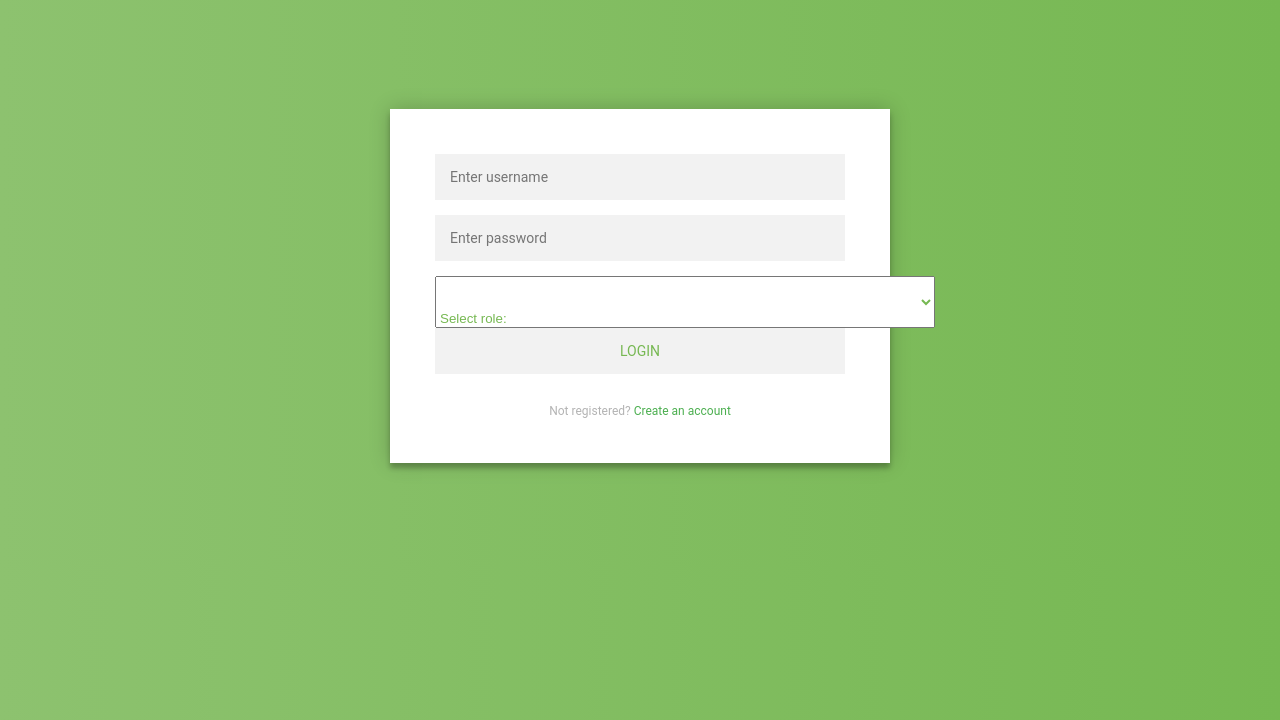
Repository: satishkumarms/WorkSpace
Page: MyWebDemos/WebContent/LoginPage.html
The author's editor kept a copy of each file at every save. The page is drawn from the files as they stood at one save, then again after the next save.
The browser window is 1280 px wide. The pictures show the whole page.

Above is the page before, as saved 2018-07-18 06:58:08.

After the next save:
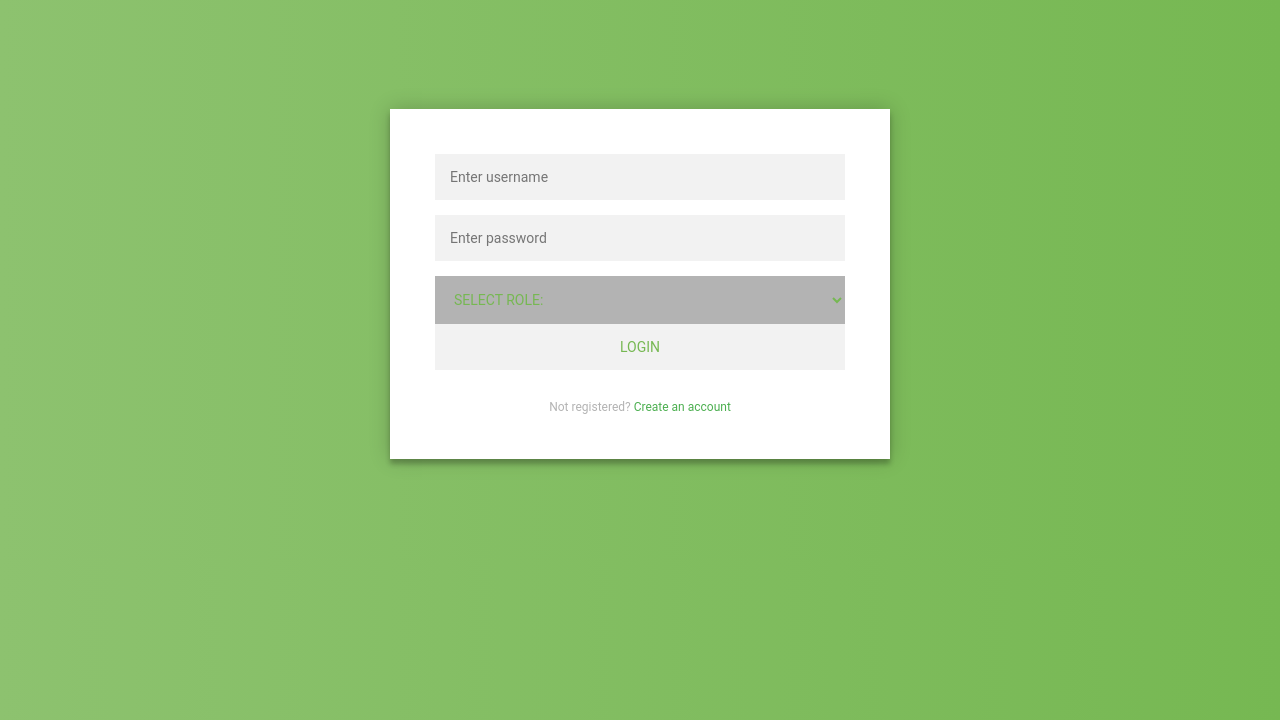
Saved 64 s later.
--- a/MyWebDemos/WebContent/LoginPage.html
+++ b/MyWebDemos/WebContent/LoginPage.html
@@ -109,16 +109,28 @@ body {
 select {
 
 overflow:hidden;
-
-    width: 500px;
-  padding: 8% 0 0;
-  margin: auto;
+   width:250px;
   /*  -moz-border-radius: 9px 9px 9px 9px;
    -webkit-border-radius: 9px 9px 9px 9px; */
    /* border-radius: 9px 9px 9px 9px;
    box-shadow: 1px 1px 11px #330033; */
    color: #76b852; url("http://i62.tinypic.com/15xvbd5.png") no-repeat scroll 319px center;
    text-color: #76b852;
+
+
+   font-family: "Roboto", sans-serif;
+  text-transform: uppercase;
+  outline: 0;
+  background: #b3b3b3;
+
+  width: 100%;
+  border: 0;
+  padding: 15px;
+  color: #76b852;
+  font-size: 14px;
+  -webkit-transition: all 0.3 ease;
+  transition: all 0.3 ease;
+  cursor: pointer;
 
 }
 </style>
